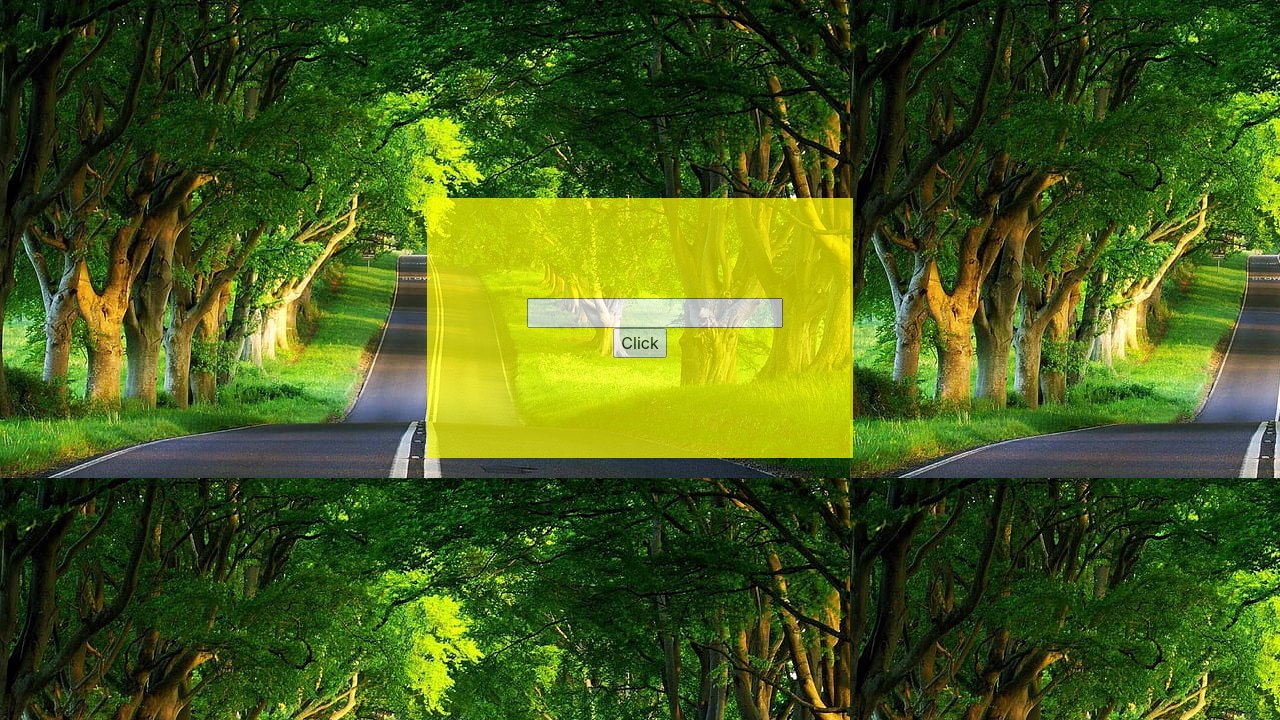
Repository: prashantkumarbind/Hospital-Weather-Concept
Page: http://localhost/weather-app/
An editor plug-in stored every save of this project. The page is shown before and after the next save, followed by the edit.
The browser window is 1280 px wide. The pictures show the whole page.
The page is served by Tomcat 9.

Above is the page before, as saved 2024-01-19 07:20:07.

After the next save:
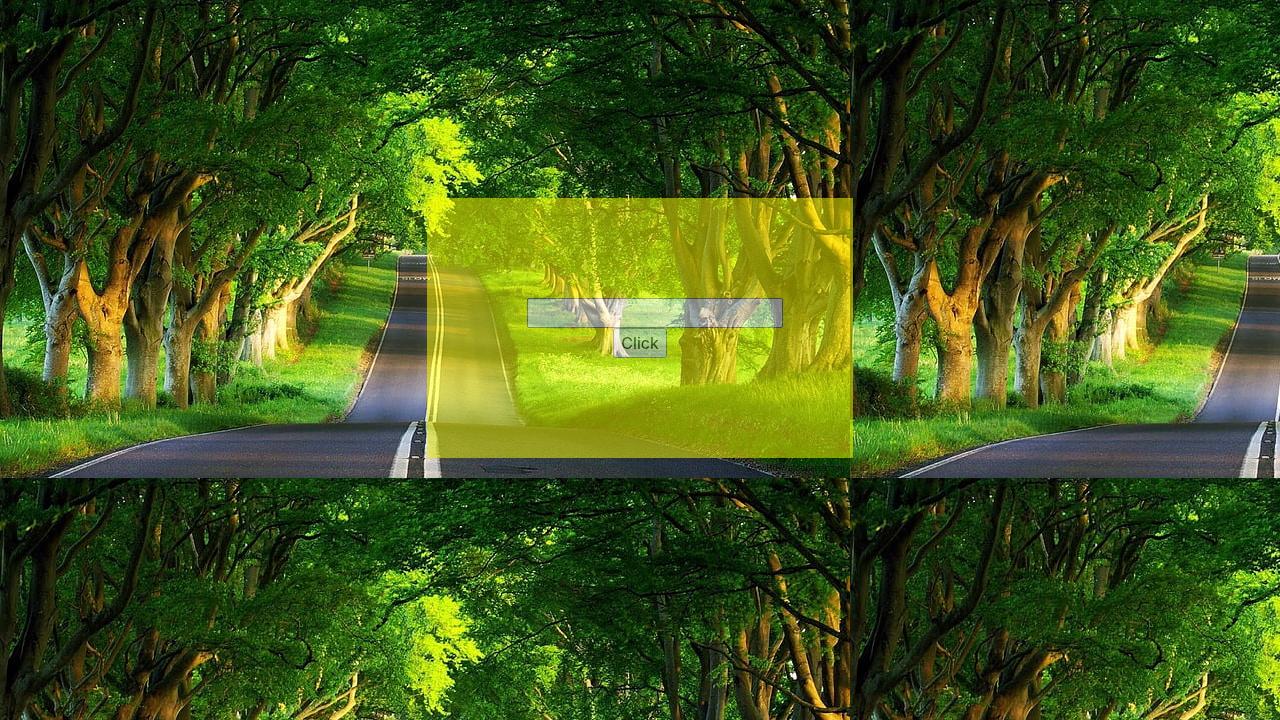
Saved 13 s later.
--- a/weather-app/src/main/webapp/index.jsp
+++ b/weather-app/src/main/webapp/index.jsp
@@ -16,7 +16,7 @@
 		margin-top:150px;
 		background-color:yellow;
 		padding:100px 100px;
-		opacity: 0.7;
+		opacity: 0.50;
 
 	}
 </style>
